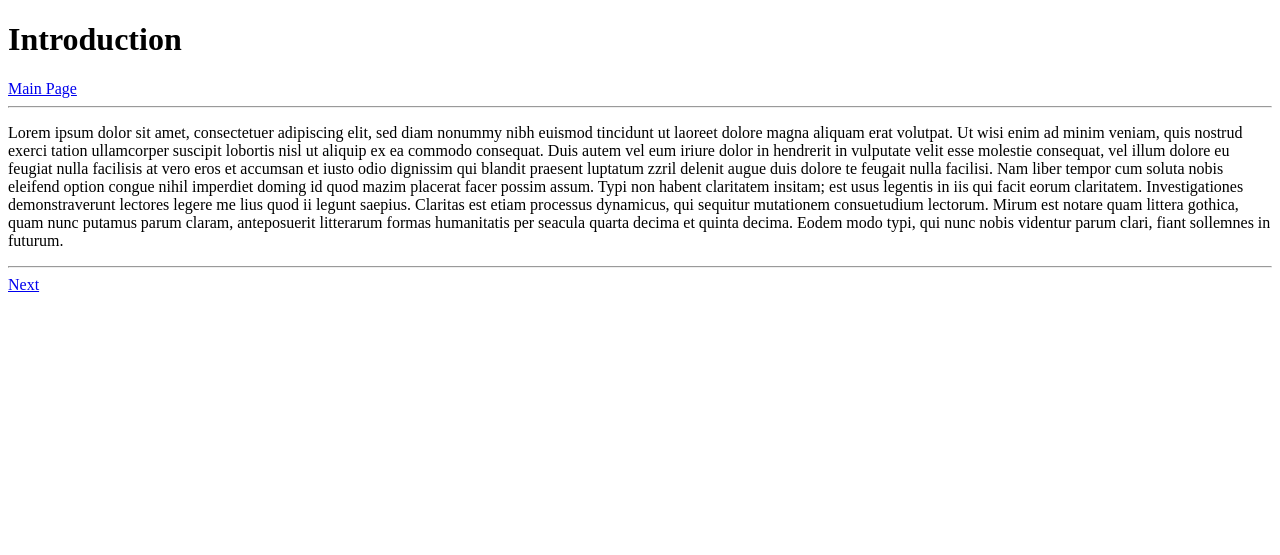
Repository: cjj343/html_resume
Page: introduction.html
The author's editor kept a record of every edit. The page is drawn from the files as they stood at one moment, then again after the next edit.
The browser window is 1280 px wide. The pictures show the whole page.

Above is the page before.

After the next edit:
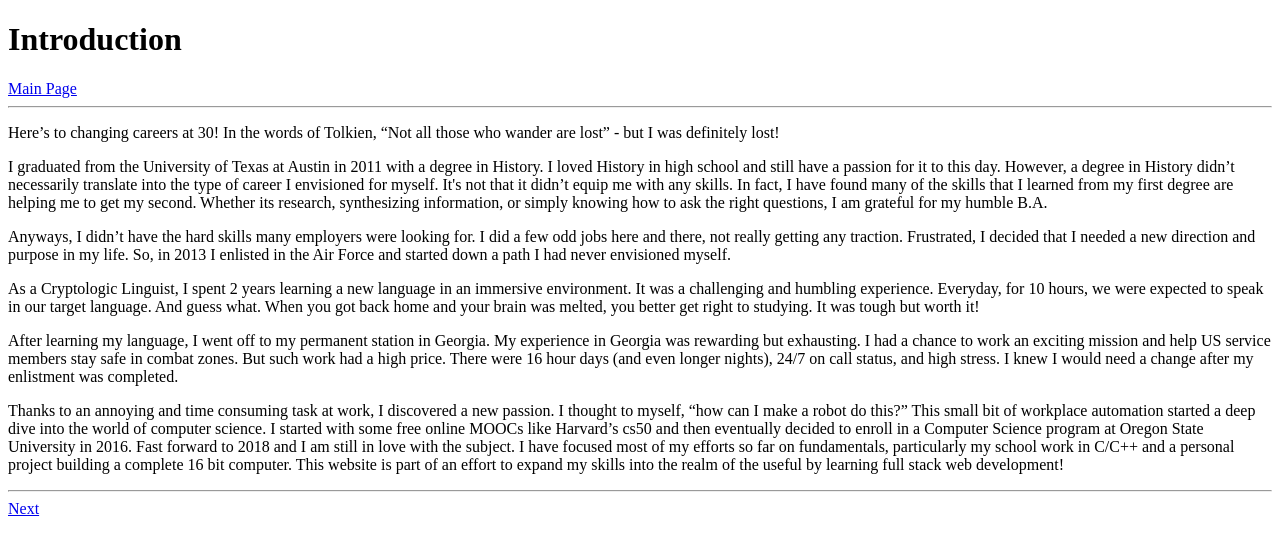
The edit:
--- a/introduction.html
+++ b/introduction.html
@@ -11,26 +11,27 @@
         <a href="index.html">Main Page</a>
         <hr>
     </div>
-    <p>Lorem ipsum dolor sit amet, consectetuer adipiscing elit,
-    sed diam nonummy nibh euismod tincidunt ut laoreet dolore
-    magna aliquam erat volutpat. Ut wisi enim ad minim veniam,
-    quis nostrud exerci tation ullamcorper suscipit lobortis nisl
-    ut aliquip ex ea commodo consequat. Duis autem vel eum iriure
-    dolor in hendrerit in vulputate velit esse molestie consequat,
-    vel illum dolore eu feugiat nulla facilisis at vero eros et
-    accumsan et iusto odio dignissim qui blandit praesent luptatum
-    zzril delenit augue duis dolore te feugait nulla facilisi.
-    Nam liber tempor cum soluta nobis eleifend option congue
-    nihil imperdiet doming id quod mazim placerat facer possim
-    assum. Typi non habent claritatem insitam; est usus legentis
-    in iis qui facit eorum claritatem. Investigationes
-    demonstraverunt lectores legere me lius quod ii legunt saepius.
-    Claritas est etiam processus dynamicus, qui sequitur mutationem
-    consuetudium lectorum. Mirum est notare quam littera gothica,
-    quam nunc putamus parum claram, anteposuerit litterarum formas
-    humanitatis per seacula quarta decima et quinta decima. Eodem
-    modo typi, qui nunc nobis videntur parum clari, fiant sollemnes
-    in futurum.</p>
+    <p>Here’s to changing careers at 30! In the words of Tolkien, “Not all those who wander are lost”
+    - but I was definitely lost! </p>
+
+    <p>I graduated from the University of Texas at Austin in 2011 with a degree in History.
+    I loved History in high school and still have a passion for it to this day.   However, a degree
+    in History didn’t necessarily translate into the type of career I envisioned for myself.   It's
+    not that it didn’t equip me with any skills.   In fact, I have found many of the skills that I
+    learned from my first degree are helping me to get my second.   Whether its research, synthesizing
+    information, or simply knowing how to ask the right questions, I am grateful for my humble B.A.</p>
+
+    <p>Anyways, I didn’t have the hard skills many employers were looking for.   I did a few odd jobs
+    here and there, not really getting any traction.   Frustrated,  I decided that I needed a new
+    direction and purpose in my life.   So, in 2013 I enlisted in the Air Force and started down a path
+    I had never envisioned myself.</p>
+
+<p>As a Cryptologic Linguist, I spent 2 years learning a new language in an immersive environment.   It was a challenging and humbling experience.   Everyday, for 10 hours, we were expected to speak in our target language.   And guess what.   When you got back home and your brain was melted, you better get right to studying.   It was tough but worth it!</p>
+
+<p>After learning my language, I went off to my permanent station in Georgia.   My experience in Georgia was rewarding but exhausting.   I had a chance to work an exciting mission and help US service members stay safe in combat zones.   But such work had a high price.   There were 16 hour days (and even longer nights), 24/7 on call status, and high stress.   I knew I would need a change after my enlistment was completed.</p>
+
+<p>Thanks to an annoying and time consuming task at work, I discovered a new passion.   I thought to myself, “how can I make a robot do this?”  This small bit of workplace automation started a deep dive into the world of computer science.   I started with some free online MOOCs like Harvard’s cs50 and then eventually decided to enroll in a Computer Science program at Oregon State University in 2016.   Fast forward to 2018 and I am still in love with the subject.   I have focused most of my efforts so far on fundamentals, particularly my school work in C/C++ and a personal project building a complete 16 bit computer.   This website is part of an effort to expand my skills into the realm of the useful by learning full stack web development!</p>
+
     <div>
 
     </div>
